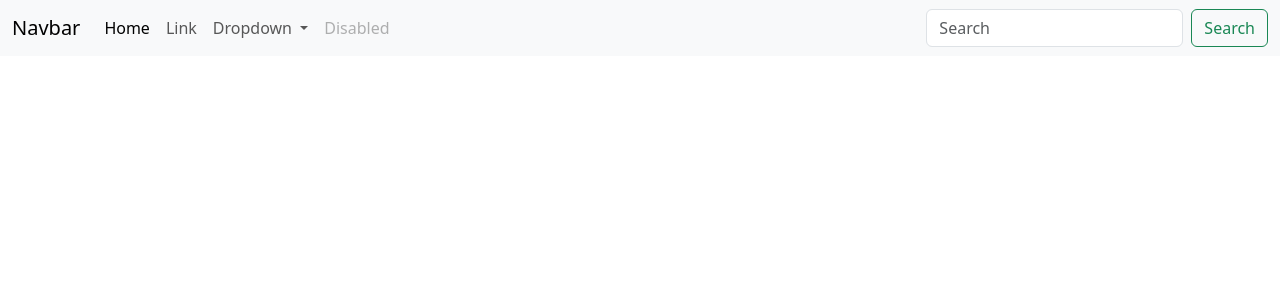
Repository: mfarhannr/MKK12_Farhan-Nurrahmat
Page: Tugas-2-Implementasi-Layout/index.html
An editor plug-in stored every save of this project. The page is shown before and after the next save, followed by the edit.
The browser window is 1280 px wide. The pictures show the whole page.

Above is the page before, as saved 2023-11-03 13:31:58.

### Tugas-2-Implementasi-Layout/index.html
<!DOCTYPE html>
<html lang="en">
  <head>
    <meta charset="utf-8" />
    <meta name="viewport" content="width=device-width, initial-scale=1" />
    <title>Tugas 2</title>
    <link
      href="https://cdn.jsdelivr.net/npm/bootstrap@5.3.2/dist/css/bootstrap.min.css"
      rel="stylesheet"
      integrity="sha384-T3c6CoIi6uLrA9TneNEoa7RxnatzjcDSCmG1MXxSR1GAsXEV/Dwwykc2MPK8M2HN"
      crossorigin="anonymous"
    />
  </head>
  <body>
    <nav class="navbar navbar-expand-lg bg-body-tertiary">
      <div class="container-fluid">
        <a class="navbar-brand" href="#">Navbar</a>
        <button
          class="navbar-toggler"
          type="button"
          data-bs-toggle="collapse"
          data-bs-target="#navbarSupportedContent"
          aria-controls="navbarSupportedContent"
          aria-expanded="false"
          aria-label="Toggle navigation"
        >
          <span class="navbar-toggler-icon"></span>
        </button>
        <div class="collapse navbar-collapse" id="navbarSupportedContent">
          <ul class="navbar-nav me-auto mb-2 mb-lg-0">
            <li class="nav-item">
              <a class="nav-link active" aria-current="page" href="#">Home</a>
            </li>
            <li class="nav-item">
              <a class="nav-link" href="#">Link</a>
            </li>
            <li class="nav-item dropdown">
              <a
                class="nav-link dropdown-toggle"
                href="#"
                role="button"
                data-bs-toggle="dropdown"
                aria-expanded="false"
              >
                Dropdown
              </a>
              <ul class="dropdown-menu">
                <li><a class="dropdown-item" href="#">Action</a></li>
                <li><a class="dropdown-item" href="#">Another action</a></li>
                <li><hr class="dropdown-divider" /></li>
                <li>
                  <a class="dropdown-item" href="#">Something else here</a>
                </li>
              </ul>
            </li>
            <li class="nav-item">
              <a class="nav-link disabled" aria-disabled="true">Disabled</a>
            </li>
          </ul>
          <form class="d-flex" role="search">
            <input
              class="form-control me-2"
              type="search"
              placeholder="Search"
              aria-label="Search"
            />
            <button class="btn btn-outline-success" type="submit">
              Search
            </button>
          </form>
        </div>
      </div>
    </nav>

    <script
      src="https://cdn.jsdelivr.net/npm/bootstrap@5.3.2/dist/js/bootstrap.bundle.min.js"
      integrity="sha384-C6RzsynM9kWDrMNeT87bh95OGNyZPhcTNXj1NW7RuBCsyN/o0jlpcV8Qyq46cDfL"
      crossorigin="anonymous"
    ></script>
  </body>
</html>

After the next save:
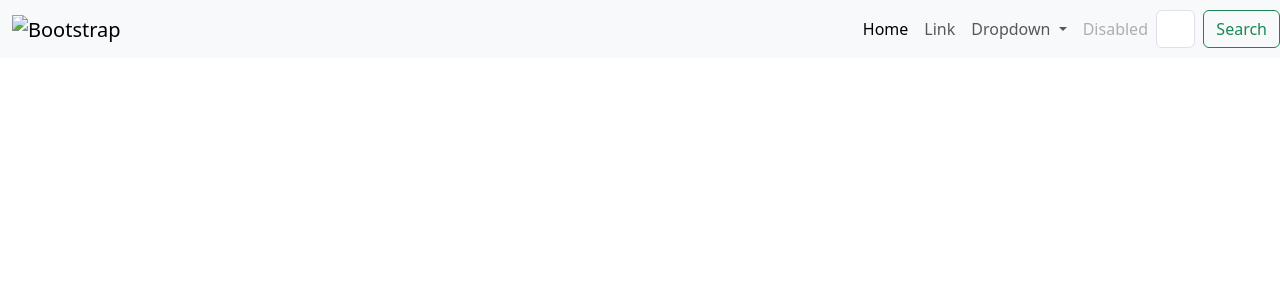
Not found: docs/5.3/assets/brand/bootstrap-logo.svg
Saved 33 s later.
--- a/Tugas-2-Implementasi-Layout/index.html
+++ b/Tugas-2-Implementasi-Layout/index.html
@@ -14,7 +14,10 @@
   <body>
     <nav class="navbar navbar-expand-lg bg-body-tertiary">
       <div class="container-fluid">
-        <a class="navbar-brand" href="#">Navbar</a>
+         <a class="navbar-brand" href="#">
+      <img src="/docs/5.3/assets/brand/bootstrap-logo.svg" alt="Bootstrap" width="30" height="24">
+    </a>
+  </div>
         <button
           class="navbar-toggler"
           type="button"
